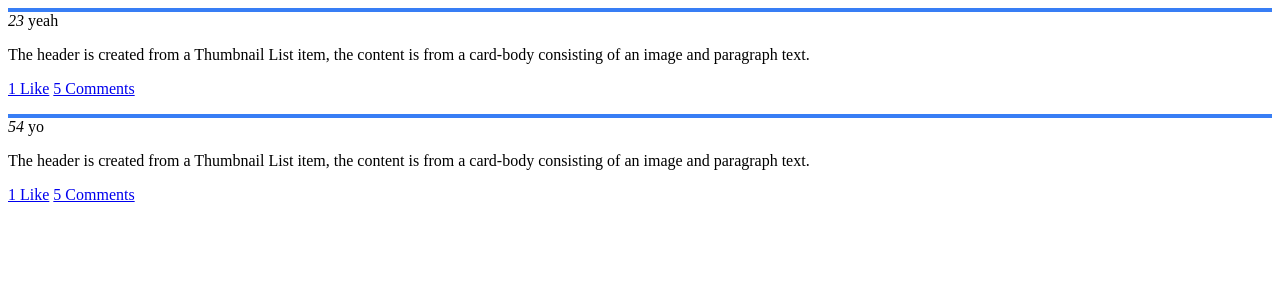
Repository: geof379/phoenix
Page: www/templates/dashboard.html
These files come from the project's save history. The page is drawn as it stood at one moment and after the next save; the edit follows.
The browser window is 1280 px wide. The pictures show the whole page.

Above is the page before, as saved 2017-04-15 17:13:56.

### www/templates/dashboard.html
<ion-view view-title="Dashboard">
  <ion-content>
    <ion-list>

      <ion-item class="no-border">
        <div class="card">
          <div class="item item-text-wrap item-icon-right" style="border-top:#387ef5 4px solid">
            <i class="icon ion-ios-cloud-outline">

            <span class="badge icon-badge cloudbadge badge-assertive">
               23
            </span>
          </i> yeah
          </div>

          <div class="item item-body">

            <p>
              The header is created from a Thumbnail List item, the content is from a card-body consisting of an image and paragraph text.
            </p>
            <p>
              <a href="#" class="subdued">1 Like</a>
              <a href="#" class="subdued">5 Comments</a>
            </p>
          </div>
        </div>
      </ion-item>
      <ion-item class="no-border">
        <div class="card">
          <div class="item item-text-wrap item-icon-right" style="border-top:#387ef5 4px solid">
            <i class="icon ion-ios-cloud-outline">

            <span class="badge icon-badge cloudbadge badge-assertive">
               54
            </span>
          </i> yo
          </div>

          <div class="item item-body">

            <p>
              The header is created from a Thumbnail List item, the content is from a card-body consisting of an image and paragraph text.
            </p>
            <p>
              <a href="#" class="subdued">1 Like</a>
              <a href="#" class="subdued">5 Comments</a>
            </p>
          </div>
        </div>
      </ion-item>

    </ion-list>
  </ion-content>

</ion-view>

After the next save:
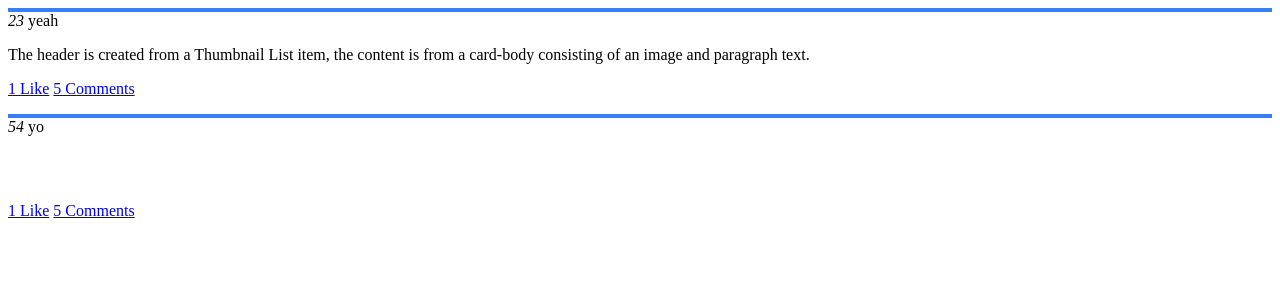
Saved 2 min 8 s later.
--- a/www/templates/dashboard.html
+++ b/www/templates/dashboard.html
@@ -38,9 +38,7 @@
 
           <div class="item item-body">
 
-            <p>
-              The header is created from a Thumbnail List item, the content is from a card-body consisting of an image and paragraph text.
-            </p>
+            <canvas id="bar" class="chart chart-line" data="graph.data" labels="graph.labels" series='graph.series' height="50"></canvas>
             <p>
               <a href="#" class="subdued">1 Like</a>
               <a href="#" class="subdued">5 Comments</a>
